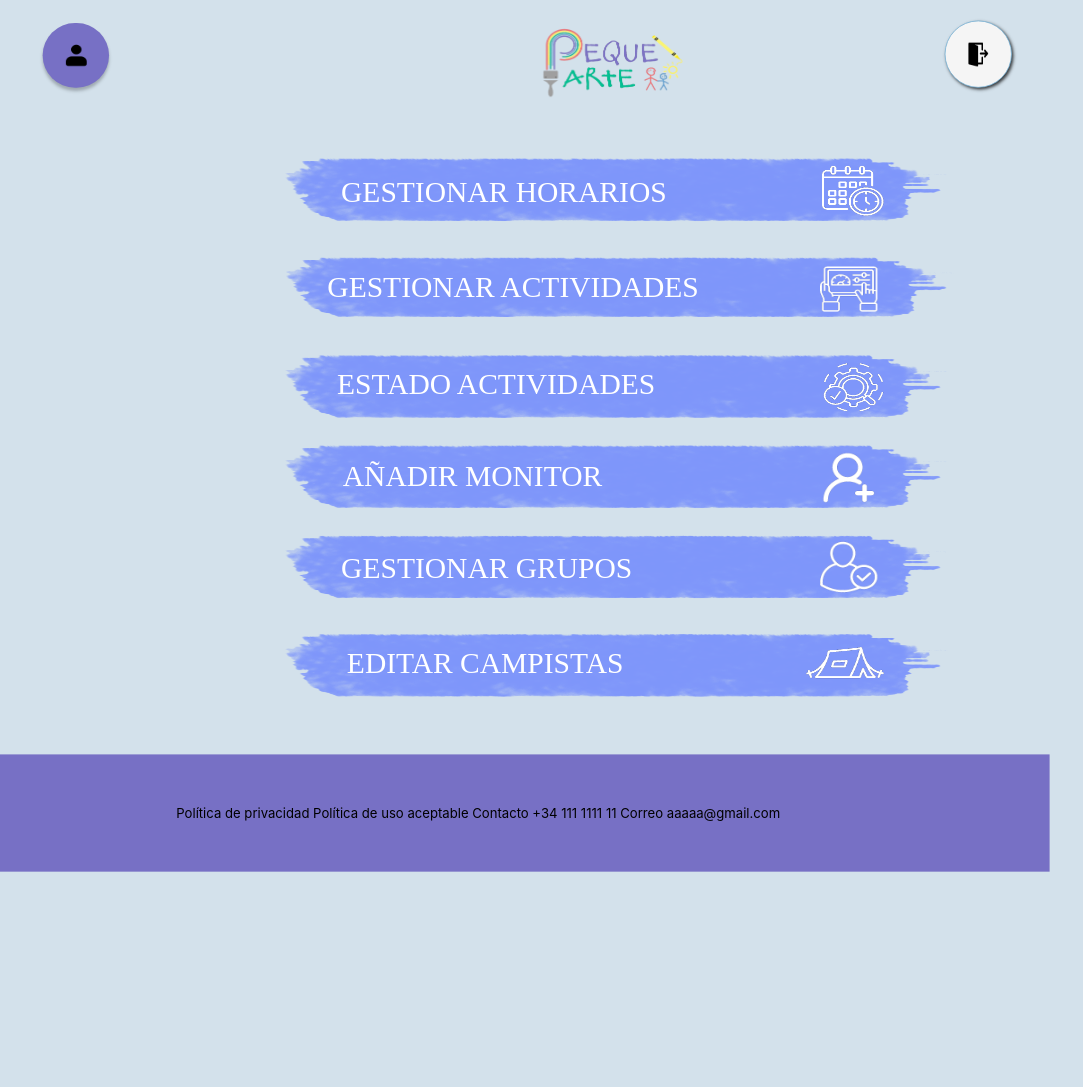
Repository: maariadomiingo/Proyecto-Integrador-Campamento
Page: html/interfaz_coordinador.html
The author's editor kept a copy of each file at every save. The page is drawn from the files as they stood at one save, then again after the next save.
The browser window is 1280 px wide. The page is 1321 px wide, then 1280 px, so the pictures cover 1321 px, including what lies to the right of the window. The pictures show the whole page, at 82% of full size.

Above is the page before, as saved 2025-02-05 11:54:54.

### html/interfaz_coordinador.html
<!DOCTYPE html>
<html lang="es">
  <head>
    <meta charset="UTF-8" />
    <meta name="viewport" content="width=device-width, initial-scale=1.0" />
    <title>Documento</title>
    <link rel="stylesheet" href="../css/interfaz_coordinador.css" />
  </head>
  <body>
    <div class="contenedor">
      <div class="fondo"></div>
      <div class="circulo"></div>
      <img class="icono-usuario" src="../img/user.png" />
      <div class="circulo-salir"></div>
      <img class="icono-salir" src="../img/cerrar-sesion.png" />
      <div class="pie-de-pagina"></div>
      <div class="texto-pie-de-pagina">
        Política de privacidad Política de uso aceptable Contacto +34 111 1111
        11 Correo aaaaa@gmail.com
      </div>
      <div class="div-vacio"></div>
      <img class="trazo-pincel-1" src="../img/trazo-pincel.png" />
      <img class="trazo-pincel-2" src="../img/trazo-pincel.png" />
      <img class="trazo-pincel-3" src="../img/trazo-pincel.png" />
      <div class="agregar-monitor">
        <div class="texto-agregar-monitor">AÑADIR MONITOR</div>
      </div>
      <img class="icono-añadirMonitor" src="../img/anadir.png" />

      <img class="icono-estado-actividades" src="../img/actividades.png" />
      <img class="trazo-pincel-4" src="../img/trazo-pincel.png" />
      <div class="estado-actividades">
        <div class="texto-estado-actividades">ESTADO ACTIVIDADES</div>

      </div>


      <div class="gestionar-actividades">
        <img class="trazo-pincel-5" src="../img/trazo-pincel.png" />
        <div class="texto-gestionar-actividades">GESTIONAR ACTIVIDADES</div>
       </div>
       <img class="icono-actividades" src="../img/administrar.png" />

      <img class="pincel" src="../img/pincel.png" />
      <div id="pincel" class="div-vacio-2"></div>

<!--       GESTIONAR HORARIOS-->
       <img class="trazo-pincel-6" src="../img/trazo-pincel.png" class="imagen-horarios" />
      <div class="gestionar-horarios">
        <div class="texto-gestionar-horarios">GESTIONAR HORARIOS</div>
      </div>
      <img class="icono-horario" src="../img/calendario.png" />

      <img class="logo" src="../img/logo sin fondo.png" />
      <img class="icono-campistas" src="../img/campistas.png" />

      <div class="editar-campistas">EDITAR CAMPISTAS</div>

      <div class="gestionar-grupos">GESTIONAR GRUPOS</div>
      <img class="icon-gestionarGrupos" src="../img/pasarlista.png" />
      </div>
    </div>
    <script src="../js/interfaz_coordinador.js"></script>
  </body>
</html>

### css/interfaz_coordinador.css
body {
  margin: 0;
  padding: 0;
  font-family: Arial, sans-serif;
  background: #D3E1EB;
  width: 100%; /* Ocupa el 100% del ancho de la pantalla */
  overflow-x: hidden; /* Evita el desplazamiento horizontal */
}

.circulo {
  width: 81px;
  height: 79px;
  left: 52px;
  top: 28px;
  position: absolute;
  background: #7770C5;
  box-shadow: 0px 4px 4px rgba(0, 0, 0, 0.25);
  border-radius: 9999px;
}

.icono-usuario {
  width: 34px;
  height: 31px;
  left: 76px;
  top: 52px;
  position: absolute;
}

.circulo-salir {
  width: 80px;
  height: 80px;
  left: 90%;
  top: 25px;
  position: absolute;
  background: #F5F5F5;
  box-shadow: 2px 2px 4px rgba(0, 0, 0, 0.75);
  border-radius: 9999px;
  border: 1px #7AB3D7 solid;
}

.icono-salir {
  left: 92.3%;
  top: 52px;
  width: 24px;
  height: 29px;
  position: absolute;
}

.pie-de-pagina {
  width: 100%; /* Ajusta el ancho al 100% del viewport */
  height: 143px;
  left: 0px;
  top: 920px;
  position: absolute;
  background: #7770C5;
}

.texto-pie-de-pagina {
  width: 1009px;
  left: 215px;
  top: 982px;
  position: absolute;
  color: black;
  font-size: 16px;
  font-family: Inter;
  font-weight: 400;
  word-wrap: break-word;
}

.div-vacio {
  width: 407px;
  height: 125px;
  left: 187px;
  top: 300px;
  position: absolute;
}

.trazo-pincel-1,
.trazo-pincel-2,
.trazo-pincel-3,
.trazo-pincel-4,
.trazo-pincel-5,
.trazo-pincel-6 {
  width: 940px;
  height: 400px;
  left: 288px;
  position: absolute;
}

.trazo-pincel-1 { top: 630px; }
.trazo-pincel-2 { top: 510px; }
.trazo-pincel-3 { top: 400px; }
.trazo-pincel-4 { top: 290px; }
.trazo-pincel-5 { top: 510px; }
.trazo-pincel-6 { top: 50px; }

.agregar-monitor {
  width: 955px;
  height: 110px;
  left: 281px;
  top: 516px;
  position: absolute;
}

.agregar-monitor img {
  width: 955px;
  height: 114px;
  left: 0px;
  top: 0px;
  position: absolute;
}

.texto-agregar-monitor {
  width: 455px;
  height: 17.65px;
  left: 137px;
  top: 44px;
  position: absolute;
  color: white;
  font-size: 36px;
  font-family: Montserrat;
  font-weight: 500;
  word-wrap: break-word;
}

.estado-actividades {
  width: 955px;
  height: 114px;
  left: 284px;
  top: 402px;
  position: absolute;
}

.estado-actividades img {
  width: 955px;
  height: 114px;
  left: 0px;
  top: 0px;
  position: absolute;
}

.texto-estado-actividades {
  width: 533px;
  height: 18.30px;
  left: 127px;
  top: 46.41px;
  position: absolute;
  color: white;
  font-size: 36px;
  font-family: Montserrat;
  font-weight: 500;
  word-wrap: break-word;
}

.gestionar-actividades {
  width: 948px;
  height: 134px;
  left: 288px;
  top: 268px;
  position: relative;
}

.gestionar-actividades img {
  width: 948px;
  height: 380px;
  left: 0px;
  top: -90px;
  position: absolute;
}

.texto-gestionar-actividades {
  width: 566.81px;
  height: 21.51px;
  left: 111.19px;
  top: 61.17px;
  position: absolute;
  color: white;
  font-size: 36px;
  font-family: Montserrat;
  font-weight: 500;
  word-wrap: break-word;
}

.pincel {
  width: 100px;
  height: 185px;
  left: 330px;
  top: 390px;
  position: absolute;
  transform: rotate(180deg);
  transform-origin: 0 0;

  display: none; /* Oculta el pincel inicialmente */
  pointer-events: none; /* Evita que el pincel interfiera con los eventos del ratón */
  transition: top 0.1s ease; /* Suaviza el movimiento */



}

.div-vacio-2 {
  width: 651px;
  height: 863px;
  left: 670px;
  top: 463px;
  position: absolute;
}

.gestionar-horarios {
  width: 962px;
  height: 128px;
  left: 288px;
  top: 152px;
  position: absolute;
}

.gestionar-horarios img {
  width: 962px;
  height: 128px;
  left: 0px;
  top: 0px;
  position: absolute;
}

.imagen-horarios {
  width: 26px;
  height: 256px;
  left: 674.91px;
  top: 44.25px;
  position: absolute;
}

.texto-gestionar-horarios {
  width: 584.25px;
  height: 20.54px;
  left: 127.93px;
  top: 60.84px;
  position: absolute;
  color: white;
  font-size: 36px;
  font-family: Montserrat;
  font-weight: 500;
  word-wrap: break-word;
}

.icono-horario {
  width: 80px;
  height: 65px;
  left: 1000px;
  top: 200px;
  position: absolute;
}

.icono-actividades {
  width: 80px;
  height: 65px;
  left: 1000px;
  top: 440px;
  position: absolute;
}

.icono-gestionar {
  width: 80px;
  height: 65px;
  left: 1000px;
  top: 200px;
  position: absolute;
}

.icono-estado-actividades {
  width: 70px;
  height: 55px;
  left: 1000px;
  top: 325px;
  position: absolute;
  z-index: 1;
}

.icono-añadirMonitor {
  width: 70px;
  height: 65px;
  left: 1000px;
  top: 550px;
  position: absolute;
}

.icon-gestionarGrupos {
  width: 70px;
  height: 63px;
  left: 1000px;
  top: 660px;
  position: absolute;
}

.logo {
  width: 194px;
  height: 103px;
  left: 647px;
  top: 25px;
  position: absolute;
}

.icono-campistas {
  width: 95px;
  height: 80px;
  left: 983px;
  top: 768px;
  position: absolute;
}

.div-vacio-3 {
  width: 100px;
  height: 100px;
  left: 646px;
  top: 210px;
  position: absolute;
}

.editar-campistas {
  width: 455px;
  height: 60px;
  left: 423px;
  top: 788px;
  position: absolute;
  color: white;
  font-size: 36px;
  font-family: Montserrat;
  font-weight: 500;
  word-wrap: break-word;
}

.gestionar-grupos {
  width: 455px;
  height: 17.65px;
  left: 416px;
  top: 672px;
  position: absolute;
  color: white;
  font-size: 36px;
  font-family: Montserrat;
  font-weight: 500;
  word-wrap: break-word;
}

.rectangulo-pequeno {
  width: 69px;
  height: 70px;
  padding-left: 5.75px;
  padding-right: 5.75px;
  padding-top: 17.50px;
  padding-bottom: 17.50px;
  left: 966px;
  top: 655px;
  position: absolute;
  flex-direction: column;
  justify-content: center;
  align-items: center;
  display: inline-flex;
}

.rectangulo-interno {
  width: 57.50px;
  height: 35px;
  background: white;
}

.imagen-pequena-1 {
  width: 77px;
  height: 78px;
}

.imagen-pequena-2 {
  width: 77px;
  height: 73px;
}

.imagen-pequena-3 {
  width: 46px;
  height: 49px;
}

### js/interfaz_coordinador.js

  // Selecciona la imagen del pincel
  const pincel = document.getElementById("pincel");

  // Selecciona todos los trazos de pincel
  const trazosPincel = document.querySelectorAll(
    ".trazo-pincel-1, .trazo-pincel-2, .trazo-pincel-3, .trazo-pincel-4, .trazo-pincel-5, .trazo-pincel-6"
  );

  // Función para mover el pincel verticalmente
  function moverPincel(event) {
    // Obtén la posición vertical del ratón dentro del trazo de pincel
    const rect = event.target.getBoundingClientRect();
    const mouseY = event.clientY - rect.top;

    // Mueve el pincel a la posición del ratón
    pincel.style.top = `${rect.top + mouseY - pincel.offsetHeight / 2}px`;
    pincel.style.left = `${rect.left}px`; // Mantén la posición horizontal fija
    pincel.style.display = "block"; // Muestra el pincel
  }

  // Función para ocultar el pincel
  function ocultarPincel() {
    pincel.style.display = "none";
  }

  // Añade eventos a los trazos de pincel
  trazosPincel.forEach((trazo) => {
    trazo.addEventListener("mousemove", moverPincel);
    trazo.addEventListener("mouseleave", ocultarPincel);
  });

After the next save:
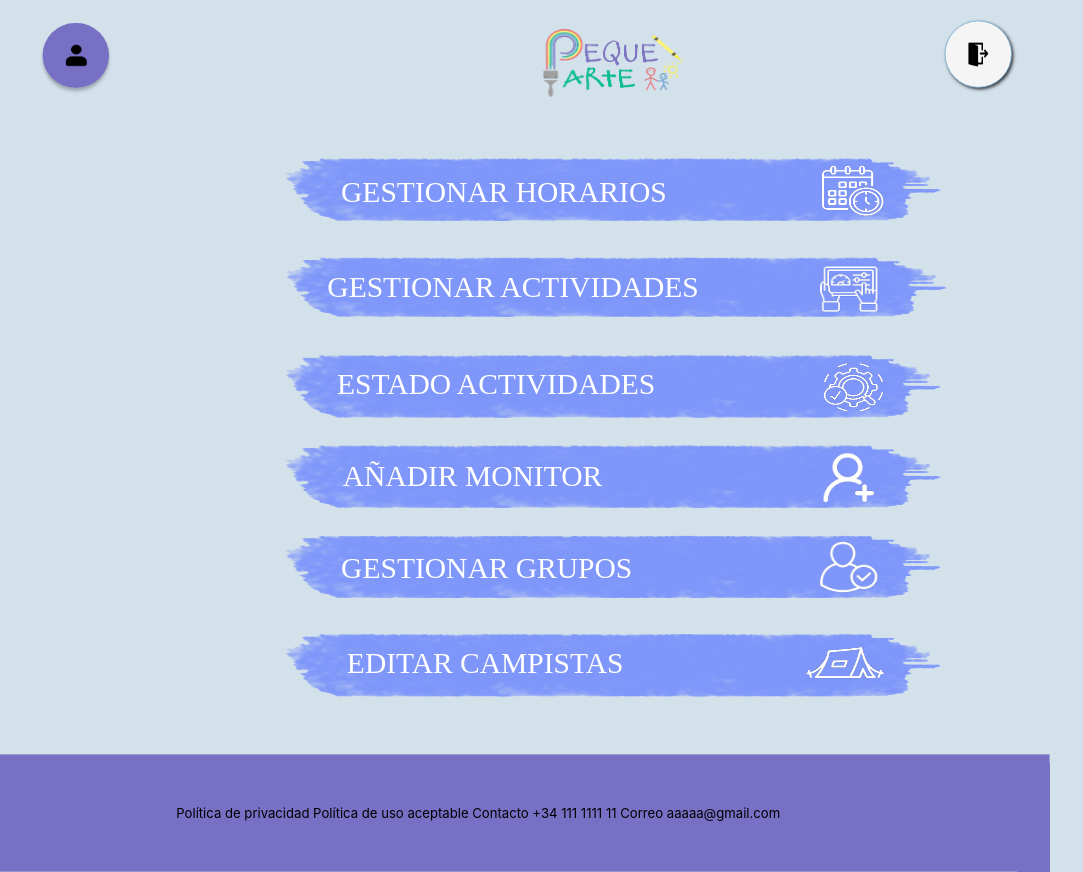
Saved 54 s later.
--- a/html/interfaz_coordinador.html
+++ b/html/interfaz_coordinador.html
@@ -42,7 +42,7 @@
        <img class="icono-actividades" src="../img/administrar.png" />
 
       <img class="pincel" src="../img/pincel.png" />
-      <div id="pincel" class="div-vacio-2"></div>
+
 
 <!--       GESTIONAR HORARIOS-->
        <img class="trazo-pincel-6" src="../img/trazo-pincel.png" class="imagen-horarios" />
